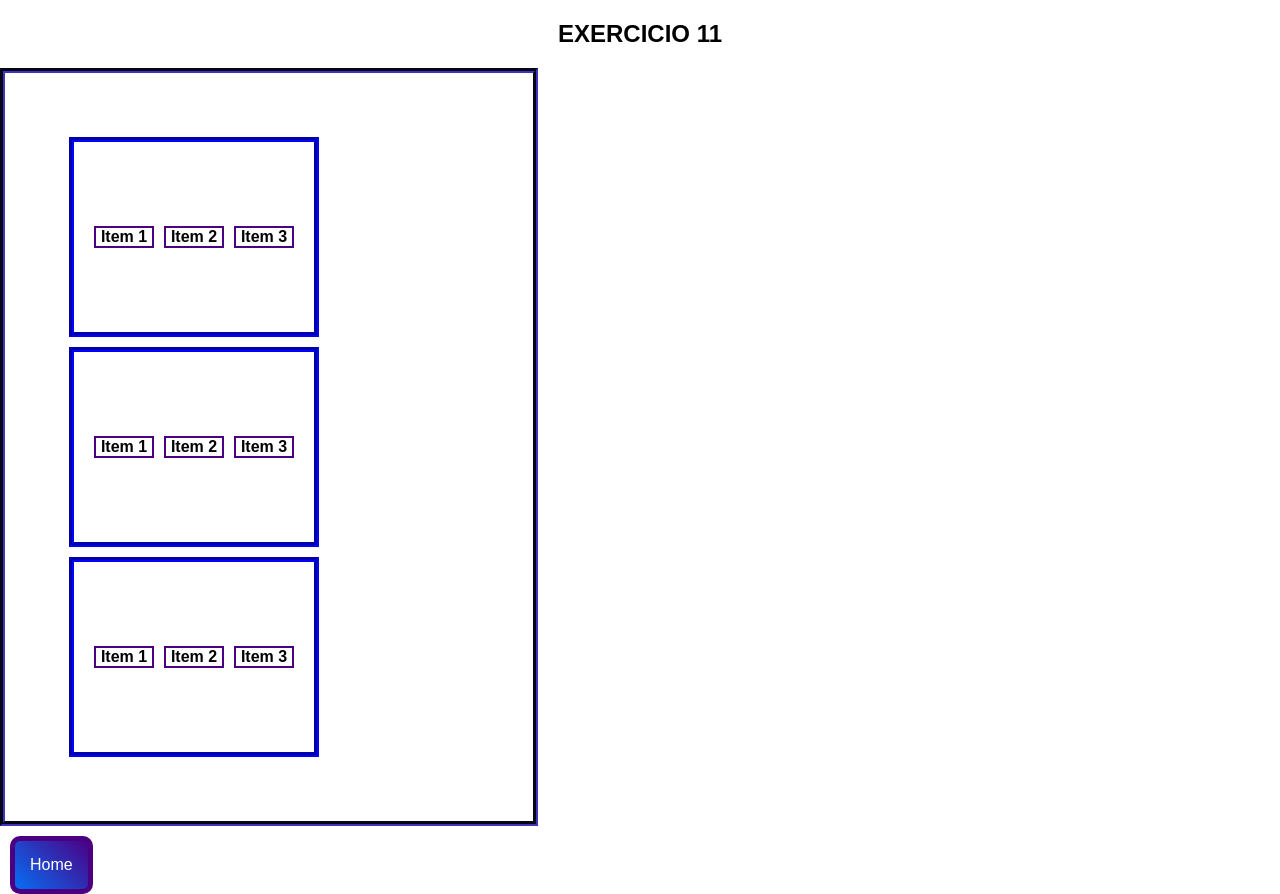
Repository: Elianmrey/TP1-Mobile-First
Page: EXERCISES/EX_11/index.html
An editor plug-in stored every save of this project. The page is shown before and after a run of saves, followed by the edit.
The browser window is 1280 px wide. The pictures show the whole page.

Above is the page before, as saved 2024-08-04 22:48:50.

After the next 3 saves:
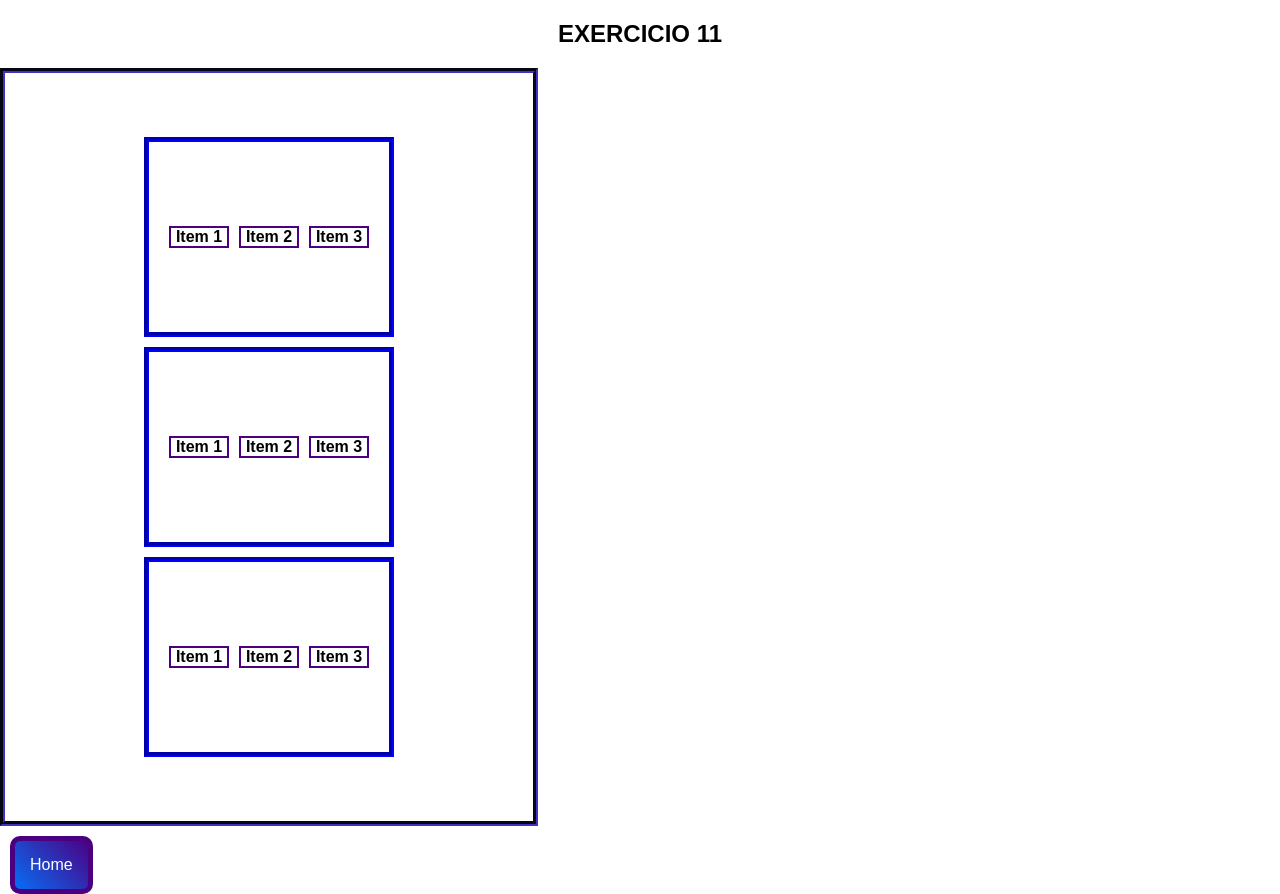
The 3 saves are shown as one change because they came seconds apart.
The last was saved 10 s later.
--- a/EXERCISES/EX_11/style.css
+++ b/EXERCISES/EX_11/style.css
@@ -19,7 +19,7 @@ font-family: sans-serif;
   padding: 5%;
   width: 400px;
   justify-content:  center;
-  align-items
+  align-items: center;
 }
 .container-horizontais
 {
